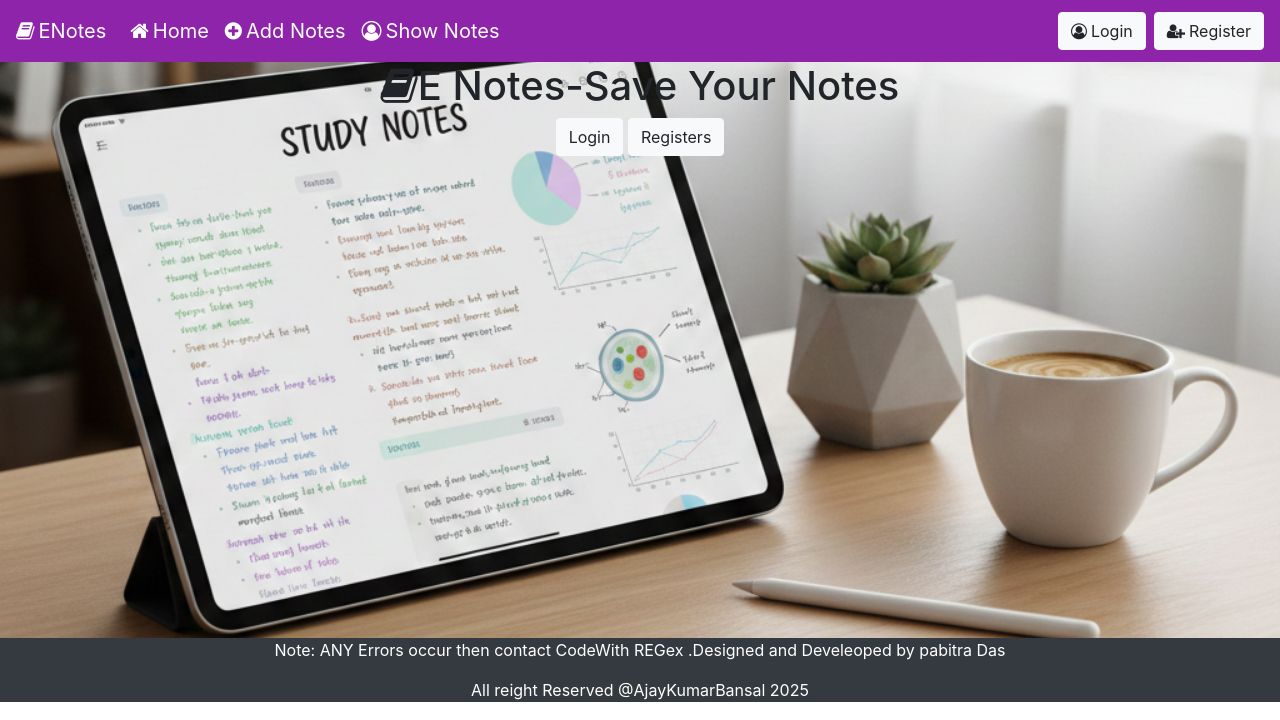
Repository: Bansal140899/eclipse-workspace
Page: http://localhost/ENotesProject/
These files come from the project's save history. The page is drawn as it stood at one moment and after the next save; the edit follows.
The browser window is 1280 px wide. The pictures show the whole page.
The page is served by Tomcat 9. Other server files are loaded and not shown.

Above is the page before, as saved 2025-12-21 21:32:16.

### ENotesProject/src/main/webapp/index.jsp
<%@ page language="java" contentType="text/html; charset=UTF-8"
	pageEncoding="UTF-8"%>
<!DOCTYPE html PUBLIC "-//W3C//DTD HTML 4.01 Transitional//EN" "http://www.w3.org/TR/html4/loose.dtd">
<html>
<head>
<style type="text/css">
.back-img {
background:url("IMG/BACKGROUND.png");
width:100%;
height:80vh;
background-repeat: no-repeat;   /* repeat band */
    background-size: cover;        /* full cover */
    background-position: center;   /* center me set */
}
</style>
<meta http-equiv="Content-Type" content="text/html; charset=UTF-8">
<title>Home Page</title>
<%@include file="All_Component/allcss.jsp"%>
</head>
<body>
	<%@include file="All_Component/navbar.jsp"%>
	<div class="container-fluid back-img">
	<div class=  "text-center">
	<h1><i class="fa fa-book" aria-hidden="true"></i>E Notes-Save Your Notes</h1>
    <a href="login.jsp" class="btn btn-light">Login</a>
	<a href="register.jsp" class="btn btn-light">Registers</a>
	</div>

	</div>
	<%@include file="All_Component/footer.jsp"%>

</body>
</html>

### ENotesProject/src/main/webapp/All_Component/allcss.jsp
<link rel="stylesheet"
	href="https://cdn.jsdelivr.net/npm/bootstrap@4.6.2/dist/css/bootstrap.min.css"
	integrity="sha384-xOolHFLEh07PJGoPkLv1IbcEPTNtaed2xpHsD9ESMhqIYd0nLMwNLD69Npy4HI+N"
	crossorigin="anonymous">

<link rel="stylesheet"
	href="https://cdnjs.cloudflare.com/ajax/libs/font-awesome/4.7.0/css/font-awesome.min.css">
<link rel="stylesheet" href="css/style.css">

<script
	src="https://cdn.jsdelivr.net/npm/jquery@3.5.1/dist/jquery.slim.min.js"
	integrity="sha384-DfXdz2htPH0lsSSs5nCTpuj/zy4C+OGpamoFVy38MVBnE+IbbVYUew+OrCXaRkfj"
	crossorigin="anonymous"></script>
<script
	src="https://cdn.jsdelivr.net/npm/popper.js@1.16.1/dist/umd/popper.min.js"
	integrity="sha384-9/reFTGAW83EW2RDu2S0VKaIzap3H66lZH81PoYlFhbGU+6BZp6G7niu735Sk7lN"
	crossorigin="anonymous"></script>
<script
	src="https://cdn.jsdelivr.net/npm/bootstrap@4.6.2/dist/js/bootstrap.min.js"
	integrity="sha384-+sLIOodYLS7CIrQpBjl+C7nPvqq+FbNUBDunl/OZv93DB7Ln/533i8e/mZXLi/P+"
	crossorigin="anonymous"></script>

### ENotesProject/src/main/webapp/All_Component/navbar.jsp
<nav class="navbar navbar-expand-lg navbar-dark bg-custom navbar-custom">
  <a class="navbar-brand" href="#"><i class="fa fa-book mr-1" aria-hidden="true"></i>ENotes</a>
  <button class="navbar-toggler" type="button" data-toggle="collapse" data-target="#navbarSupportedContent" aria-controls="navbarSupportedContent" aria-expanded="false" aria-label="Toggle navigation">
    <span class="navbar-toggler-icon"></span>
  </button>

  <div class="collapse navbar-collapse" id="navbarSupportedContent">
    <ul class="navbar-nav mr-auto">
      <li class="nav-item active">
        <a class="nav-link" href="#"><i class="fa fa-home mr-1" aria-hidden="true"></i>Home <span class="sr-only">(current)</span></a>
      </li>
      <li class="nav-item">
        <a class="nav-link" href="#"><i class="fa fa-plus-circle mr-1" aria-hidden="true"></i>Add Notes</a>
      </li>

      <li class="nav-item">
        <a class="nav-link"><i class="fa fa-user-circle-o mr-1" aria-hidden="true"></i>Show Notes</a>
      </li>
    </ul>

      <button class="btn btn-light my-2 my-sm-0 mr-2" type="submit"><i class="fa fa-user-circle-o mr-1" aria-hidden="true"></i>Login</a>
      <button class="btn btn-light my-2 my-sm-0" type="submit"><i class="fa fa-user-plus mr-1" aria-hidden="true"></i>Register</a>

  </div>
</nav>

### ENotesProject/src/main/webapp/All_Component/footer.jsp
<div class="container-fluid bg-dark">
<p class="text-center text-white">Note: ANY Errors occur then contact CodeWith REGex .Designed and Develeoped by pabitra Das</p>
<p class="text-center text-white">All reight Reserved @AjayKumarBansal 2025</p>



</div>

### ENotesProject/src/main/webapp/css/style.css
.bg-custom{
	background:#8e24aa;
}
.navbar .nav-item .nav-link{
	font-size:20px;
	color:white;
}

.navbar-custom .nav-item:hover .nav-link{
	background:white;
	color:black;
    border-radius:10px;
}

After the next save:
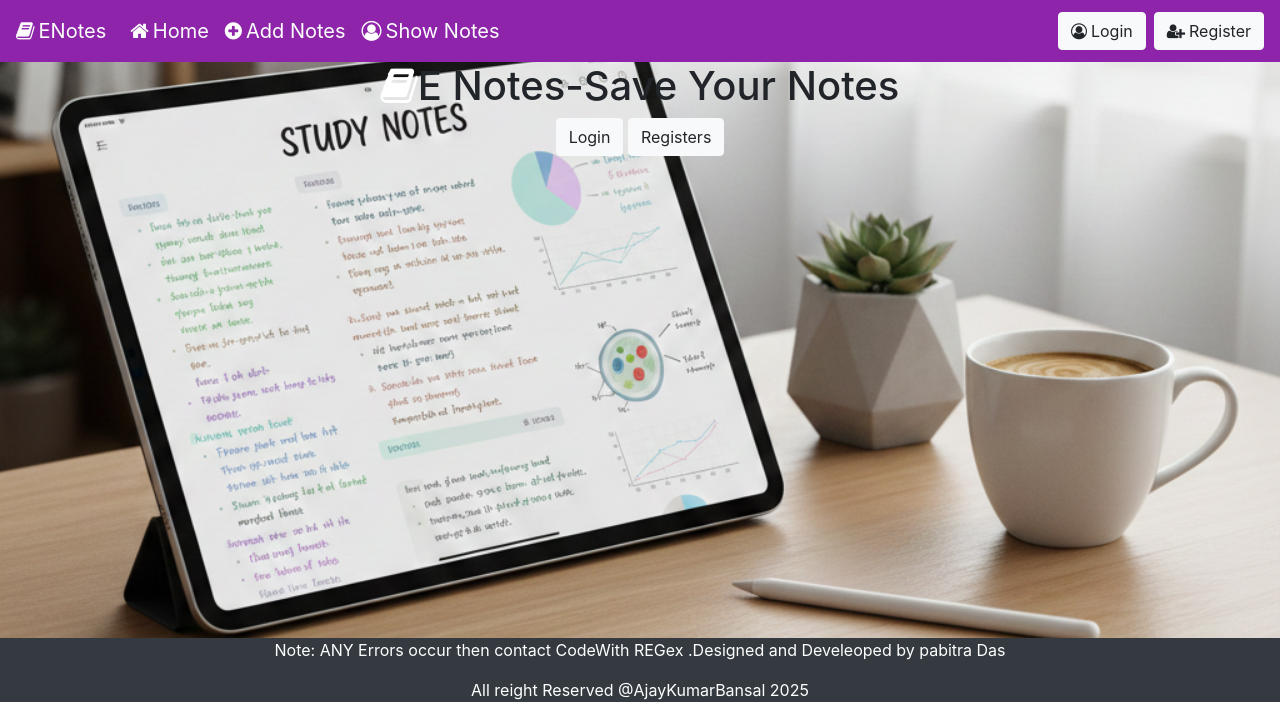
Saved 18 s later.
--- a/ENotesProject/src/main/webapp/index.jsp
+++ b/ENotesProject/src/main/webapp/index.jsp
@@ -21,7 +21,7 @@ background-repeat: no-repeat;   /* repeat band */
 	<%@include file="All_Component/navbar.jsp"%>
 	<div class="container-fluid back-img">
 	<div class=  "text-center">
-	<h1><i class="fa fa-book" aria-hidden="true"></i>E Notes-Save Your Notes</h1>
+	<h1><i class="fa fa-book text-white" aria-hidden="true"></i>E Notes-Save Your Notes</h1>
     <a href="login.jsp" class="btn btn-light">Login</a>
 	<a href="register.jsp" class="btn btn-light">Registers</a>
 	</div>
